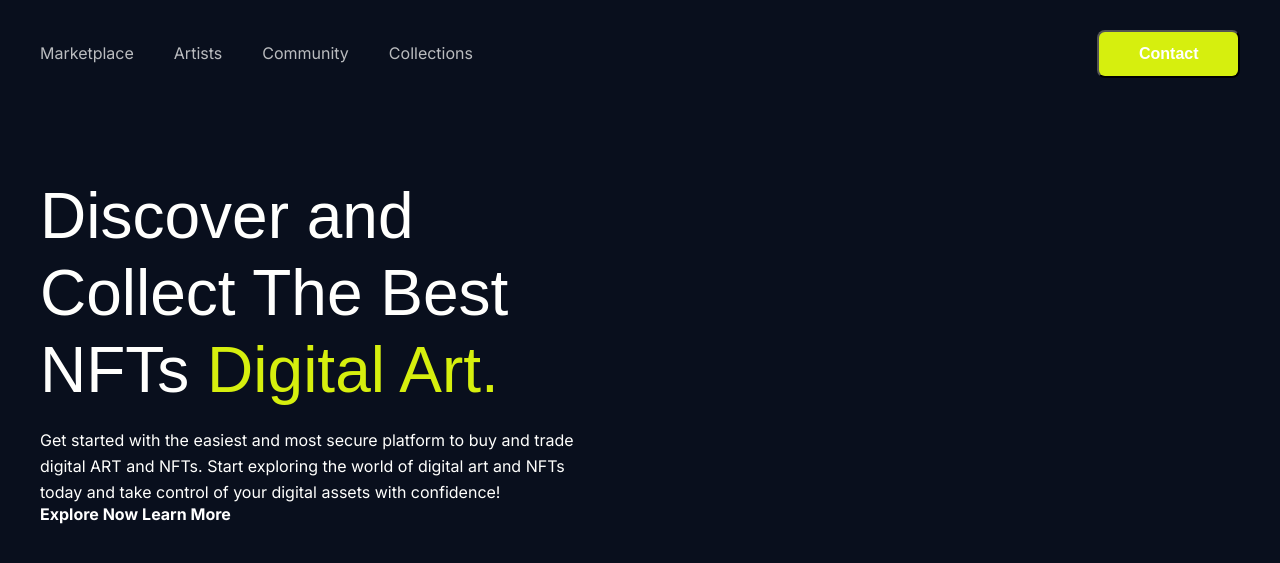
Repository: Kamron5505/NftMarketplace
Page: index.html
These files come from the project's save history. The page is drawn as it stood at one moment and after the next save; the edit follows.
The browser window is 1280 px wide. The pictures show the whole page.
Some web fonts or font styles are not loaded; a fallback is used.

Above is the page before, as saved 2025-07-08 00:10:56.

After the next save:
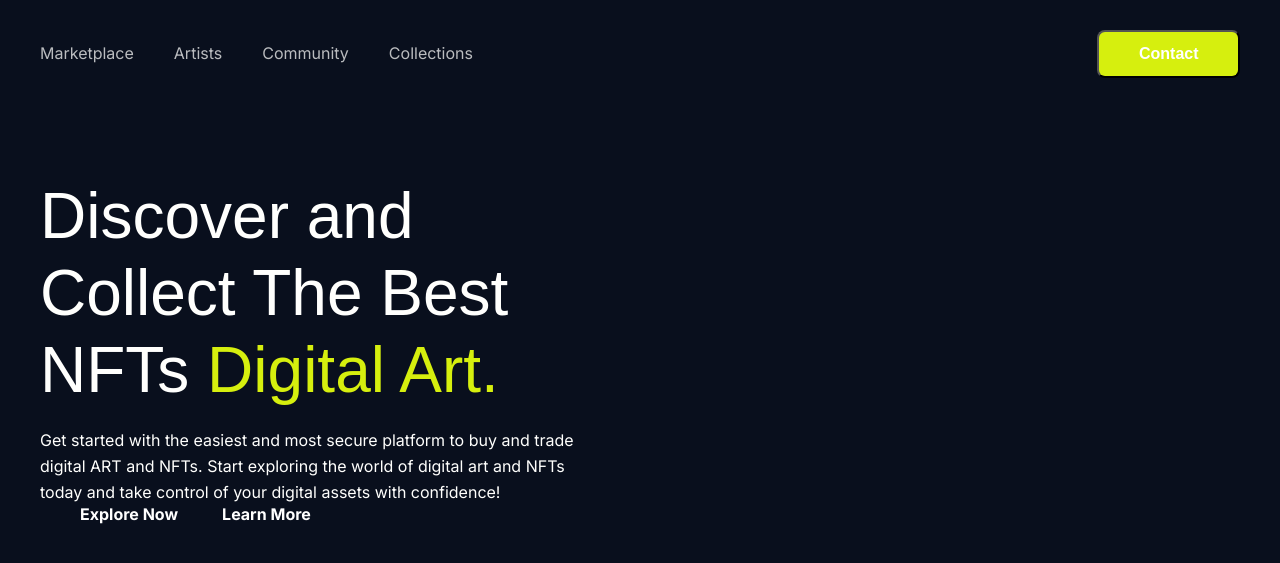
Saved 13 s later.
--- a/style.css
+++ b/style.css
@@ -131,6 +131,11 @@ h6 {
     color: #fff;
 }
 
-.btn-primary {}
+.btn-primary {
+    border-radius: 8px;
+    padding: 12px 40px;
+    width: 178px;
+    height: 52px;
+}
 
 .btn-secondary {}
